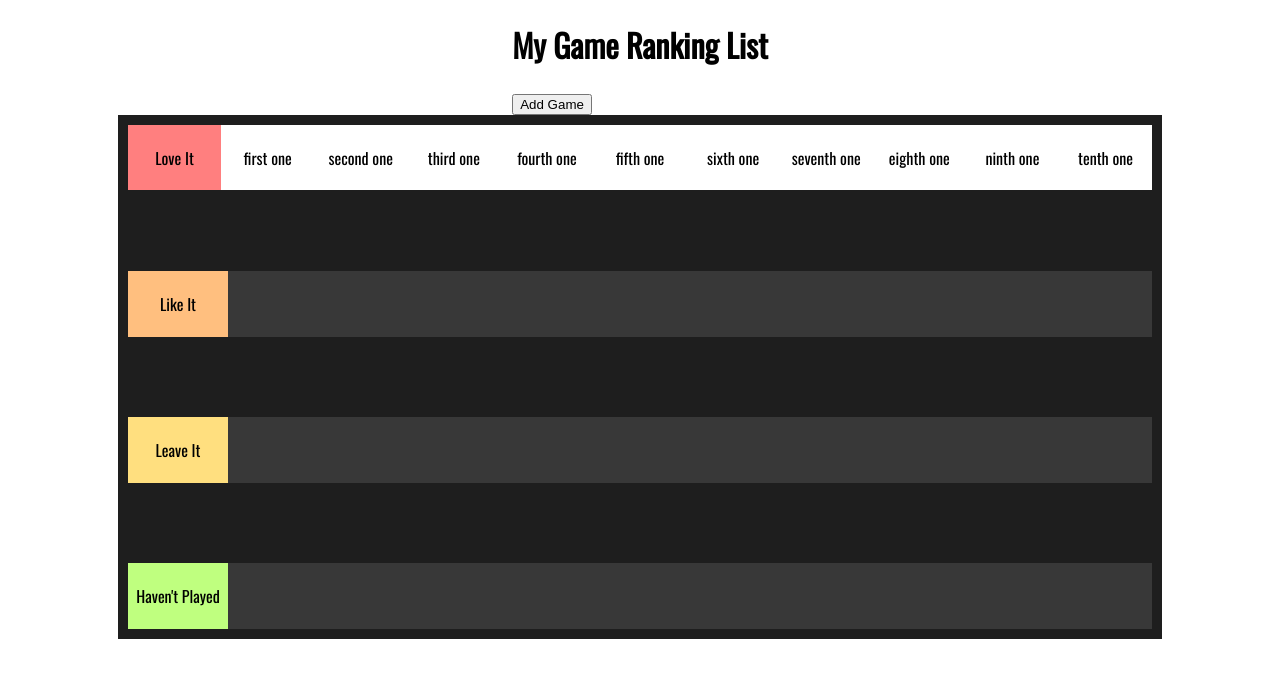
Repository: akiachenise/akiachenise.github.io
Page: JackboxGames_TierList_vanilla/index.html
These files come from the project's save history. The page is drawn as it stood at one moment and after the next save; the edit follows.
The browser window is 1280 px wide. The pictures show the whole page.

Above is the page before, as saved 2022-11-26 16:00:09.

After the next save:
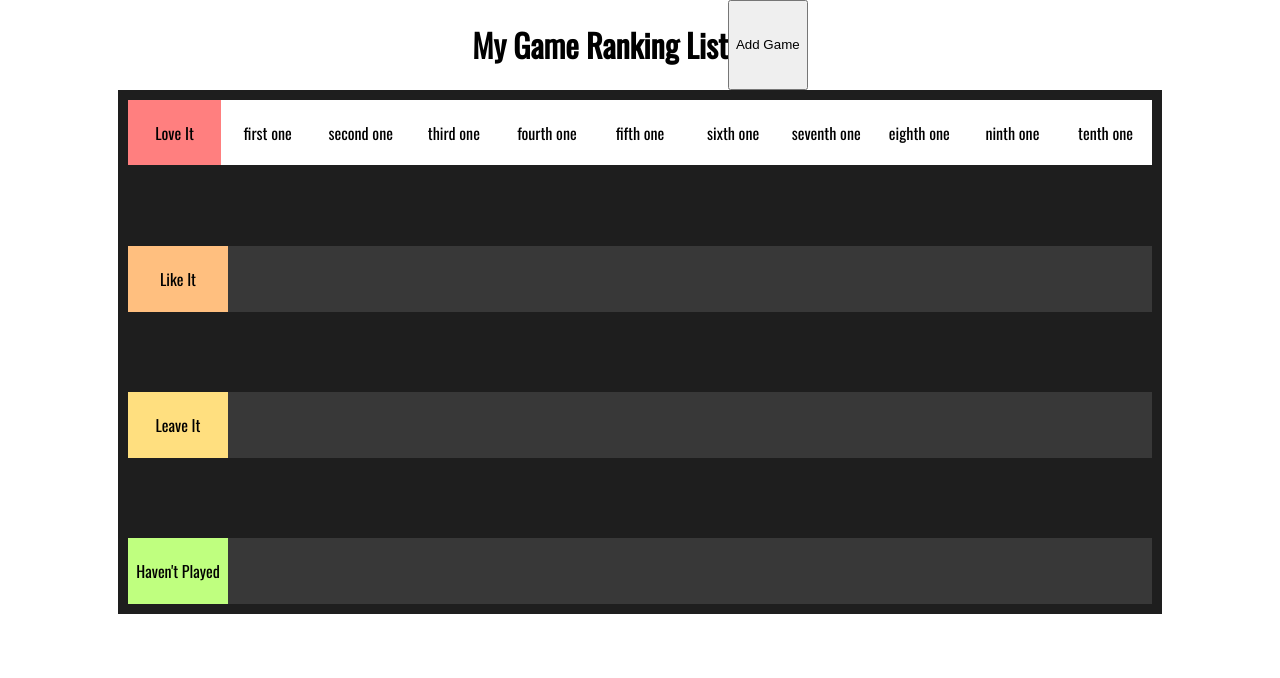
Saved 4 min 22 s later.
--- a/JackboxGames_TierList_vanilla/css/stylesheet.css
+++ b/JackboxGames_TierList_vanilla/css/stylesheet.css
@@ -5,6 +5,9 @@ body {
     flex-direction: column;
     align-items: center;
     justify-content: center;
+}
+.headercontainer {
+    display: flex;
 }
 
 #board {
